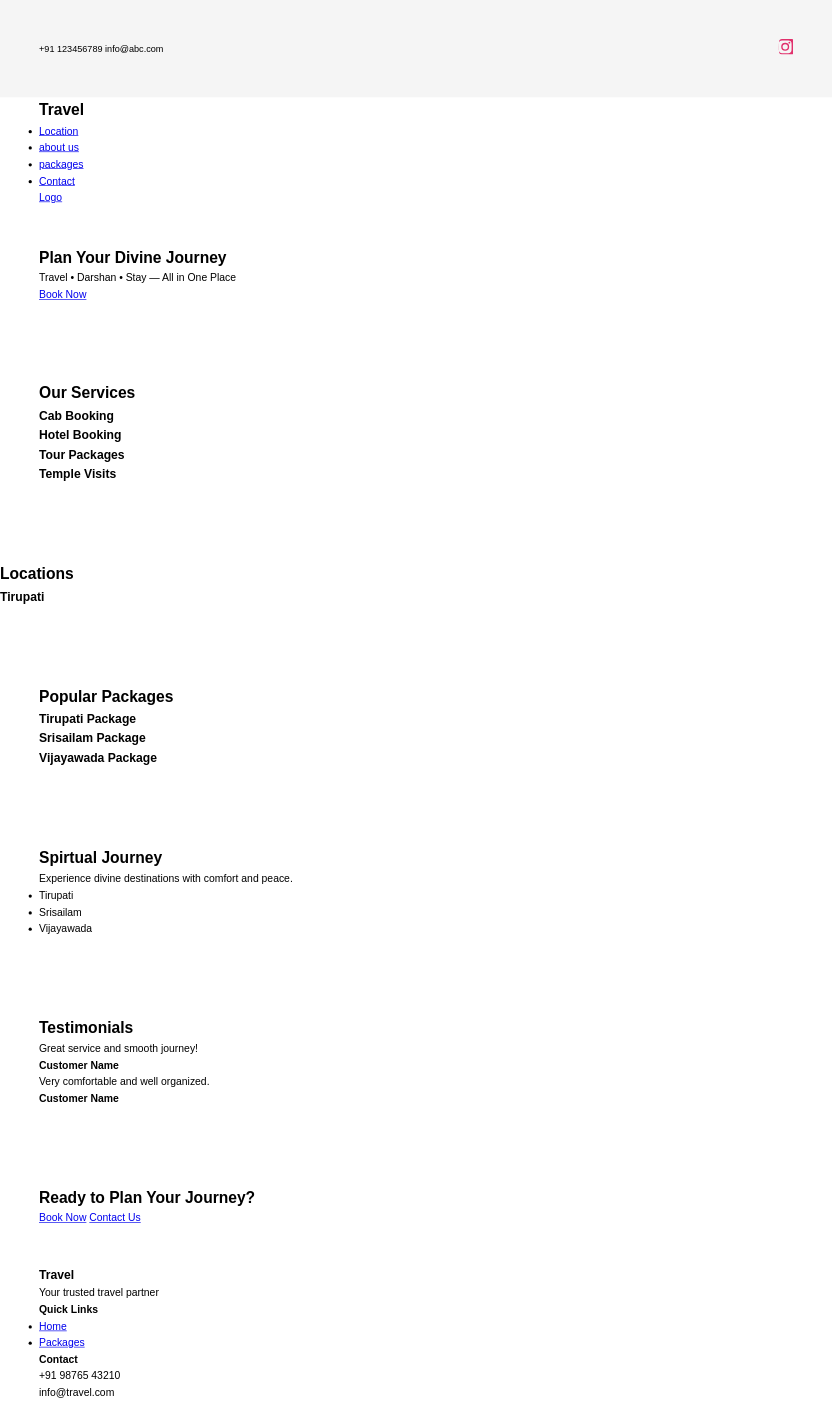
Repository: heytirupati/Bookingweb
Page: index.html
An editor plug-in stored every save of this project. The page is shown before and after a run of saves, followed by the edit.
The browser window is 1280 px wide. The pictures show the whole page, at 65% of full size.

Above is the page before, as saved 2026-03-27 11:41:17.

### index.html
<!DOCTYPE html>

<html lang="en">


    <link rel="stylesheet" href="css/style.css">
<head>
    <meta charset="UTF-8">
    <meta name="viewport" content="width=device-width, initial-scale=1.0">
    <title> Travel Website</title>
</head>
<body>


<!-- this is top bar section  -->
    <section class="top-bar">
        <div class="container">
            <div class="top-left">
                <span> +91 123456789</span>
                <span>info@abc.com</span>
            </div>
            <div class="top-right"></div>
            <a href="instalink here" target="blank">
                <svg xmlns="http://www.w3.org/2000/svg" width="24" height="24" fill="#E1306C" viewBox="0 0 24 24">
                    <path d="M12 2.163c3.204 0 3.584.012 4.849.07 1.366.062 2.633.34 3.608 1.316.975.975 1.254 2.242 1.316 3.608.058 1.265.069 1.645.069 4.849s-.012 3.584-.07 4.849c-.062 1.366-.34 2.633-1.316 3.608-.975.975-2.242 1.254-3.608 1.316-1.265.058-1.645.069-4.849.069s-3.584-.012-4.849-.07c-1.366-.062-2.633-.34-3.608-1.316-.975-.975-1.254-2.242-1.316-3.608C2.175 15.584 2.163 15.204 2.163 12s.012-3.584.07-4.849c.062-1.366.34-2.633 1.316-3.608C4.524 2.573 5.791 2.294 7.157 2.232 8.422 2.175 8.802 2.163 12 2.163zm0-2.163C8.741 0 8.332.013 7.052.072 5.78.131 4.658.414 3.732 1.34 2.806 2.266 2.523 3.388 2.464 4.66 2.405 5.941 2.392 6.35 2.392 12c0 5.65.013 6.059.072 7.34.059 1.272.342 2.394 1.268 3.32.926.926 2.048 1.209 3.32 1.268 1.281.059 1.69.072 7.34.072s6.059-.013 7.34-.072c1.272-.059 2.394-.342 3.32-1.268.926-.926 1.209-2.048 1.268-3.32.059-1.281.072-1.69.072-7.34s-.013-6.059-.072-7.34c-.059-1.272-.342-2.394-1.268-3.32-.926-.926-2.048-1.209-3.32-1.268C18.059.013 17.65 0 12 0z"/>
                    <path d="M12 5.838a6.162 6.162 0 1 0 0 12.324 6.162 6.162 0 0 0 0-12.324zm0 10.162a3.999 3.999 0 1 1 0-7.998 3.999 3.999 0 0 1 0 7.998z"/>
                    <circle cx="18.406" cy="5.594" r="1.44"/>

                </svg>
            </a>

        </div>

    </section>



    <!-- this is nav section  -->

    <header class="navbar">
        <div class="container">
            <div class="logo">
                <h2>Travel</h2>
            </div>

            <nav class="nav-menu">
                <ul>
                    <li><a href="#">Location</a></li>
                    <li><a href="#">about us</a></li>
                    <li><a href="#">packages</a></li>
                    <li><a href="#">Contact</a></li>

                </ul>

            </nav>
            <div class="top-left">
                <a href="#">Logo</a>

            </div>

        </div>

    </header>

    <section class="hero">
        <div class="container">
            <h1>Plan Your Divine Journey</h1>
            <p>Travel • Darshan • Stay — All in One Place</p>
            <div class="nav-btn">
                <a href="#">Book Now</a>
            </div>
        </div>
    </section>

    <section>
        <div class="services">
            <div class="container">
                <h2>Our Services</h2>
                <div class="service-cards">
                     <div class="card">
                    <h3>Cab Booking</h3>
                </div>

                <div class="card">
                    <h3>Hotel Booking</h3>
                </div>

                <div class="card">
                    <h3>Tour Packages</h3>
                </div>

                <div class="card">
                    <h3>Temple Visits</h3>
                </div>

            </div>

        </div>
    </section>


<!-- this is Location section  -->

<section class="locations">
    <h2>Locations</h2>
            <div class="location-card">
                <h3>Tirupati</h3>
            </div>
    </div>
</section>


<!-- this is popular package section  -->
<section class="packages">
        <div class="container">
            <h2>Popular Packages</h2>
            <div class="package-cards">

                <div class="card">
                    <h3>Tirupati Package</h3>
                </div>

                <div class="card">
                    <h3>Srisailam Package</h3>
                </div>

                <div class="card">
                    <h3>Vijayawada Package</h3>
                </div>

            </div>
        </div>
    </section>
<!-- this is Spirtual Journey section  -->
    <section class="spiritual">
        <div class="container">
            <div class="spiritual-content">
                <h2>Spirtual Journey</h2>
                <p>
                    Experience divine destinations with comfort and peace.
                </p>
                <ul>
                    <li>Tirupati</li>
                    <li>Srisailam</li>
                    <li>Vijayawada</li>
                </ul>

            </div>
            <div class="spiritual-image">
                <!-- Image goes here -->
            </div>
        </div>

    </section>
<!-- 8. Testimonials -->
    <section class="testimonials">
        <div class="container">
            <h2>Testimonials</h2>
            <div class="testimonial-cards">

                <div class="card">
                    <p>Great service and smooth journey!</p>
                    <h4>Customer Name</h4>
                </div>

                <div class="card">
                    <p>Very comfortable and well organized.</p>
                    <h4>Customer Name</h4>
                </div>

            </div>
        </div>
    </section>

    <!-- 9. CTA Section -->
    <section class="cta">
        <div class="container">
            <h2>Ready to Plan Your Journey?</h2>
            <a href="#">Book Now</a>
            <a href="#">Contact Us</a>
        </div>
    </section>

    <!-- 10. Footer -->
    <footer class="footer">
        <div class="container">

            <div class="footer-col">
                <h3>Travel</h3>
                <p>Your trusted travel partner</p>
            </div>

            <div class="footer-col">
                <h4>Quick Links</h4>
                <ul>
                    <li><a href="#">Home</a></li>
                    <li><a href="#">Packages</a></li>
                </ul>
            </div>

            <div class="footer-col">
                <h4>Contact</h4>
                <p>+91 98765 43210</p>
                <p>info@travel.com</p>
            </div>

        </div>
    </footer>











</body>
</html>

### css/style.css
* {
    margin: 0;
    padding: 0;
    box-sizing:border-box ;

}

body{
    font-family: Arial,sans-serif;
    line-height: 1.6;
}

.container{
    max-width: 1200px;
    margin: auto;
    padding: 0 20px;
}

section{
    padding: 60px 0;
}

.flex{
    display: flex;
    justify-content: space-between;
    align-items: center;
}

.top-bar{
    background-color : #f5f5f5 ;
    font-size: 14px;
}

.top-bar .container{
    display: flex;
    justify-content: space-between;
    align-items: center;
}

.navbar{
    background-color: #fff;

}

After the next 7 saves:
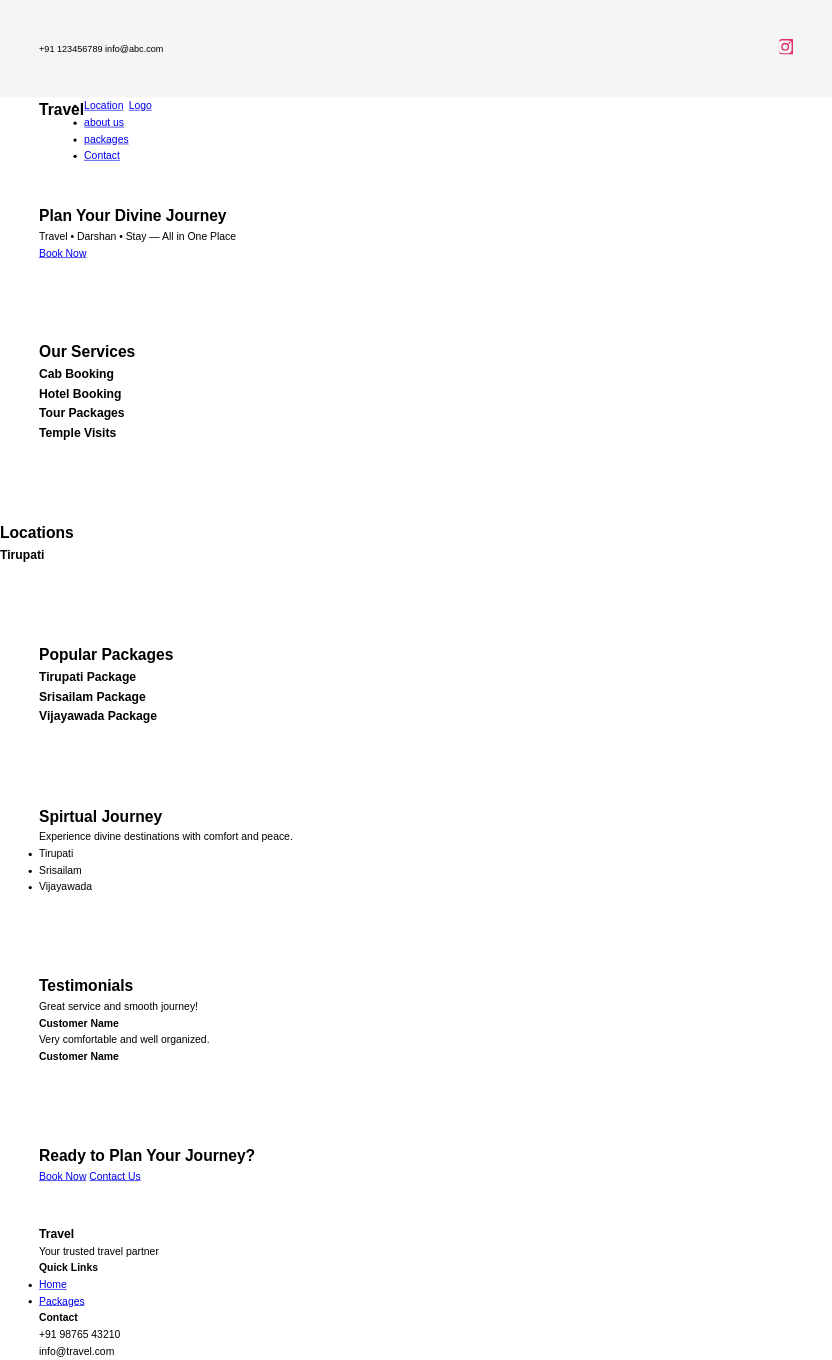
The 7 saves are shown as one change because they came seconds apart.
The last was saved 19 s later.
--- a/css/style.css
+++ b/css/style.css
@@ -41,3 +41,8 @@ section{
     background-color: #fff;
 
 }
+
+.navbar .container{
+    display: flex;
+    justify-content: ;
+}
